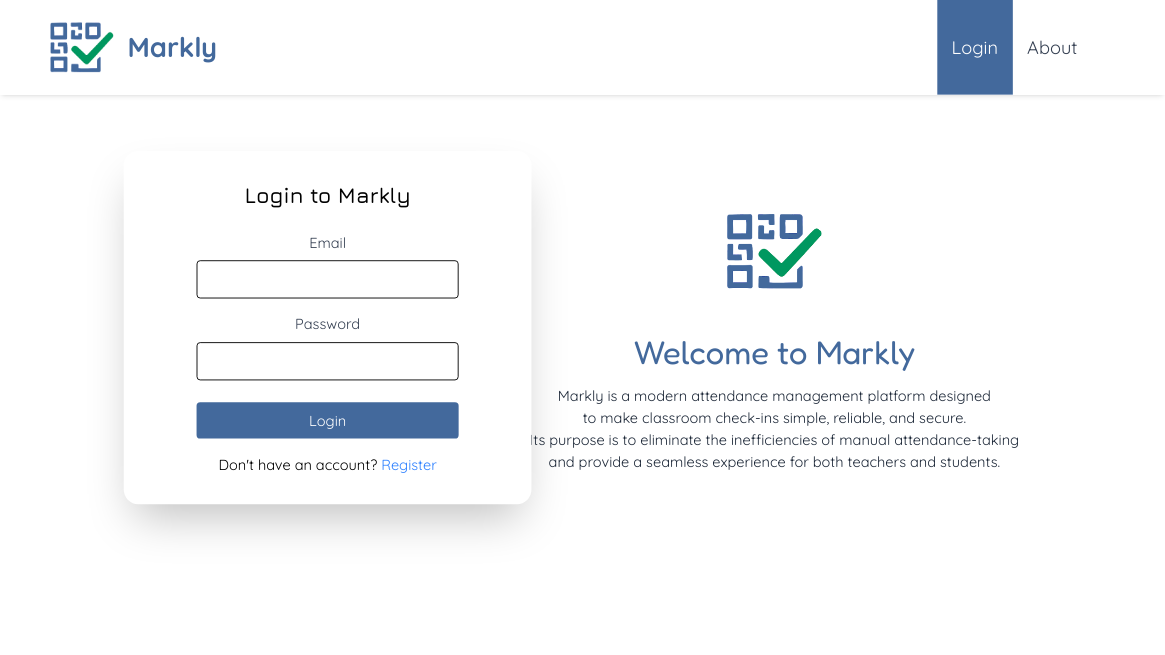
Repository: Mozukie/Markly
Page: /login
These files come from the project's save history. The page is drawn as it stood at one moment and after the next save; the edit follows.
The browser window is 1280 px wide. The pictures show the whole page, at 91% of full size.
Some web fonts or font styles are not loaded; a fallback is used. The project was rebuilt for these pictures with package versions that can differ from the ones it lists, and the page was loaded fresh each time. Also part of the build but not shown: vite.config.js, src/pages/NotFound.jsx, src/pages/Home.jsx, src/components/About.jsx, src/pages/Students/studentdashboard.jsx.

Above is the page before, as saved 2025-08-23 22:08:31.

After the next save:
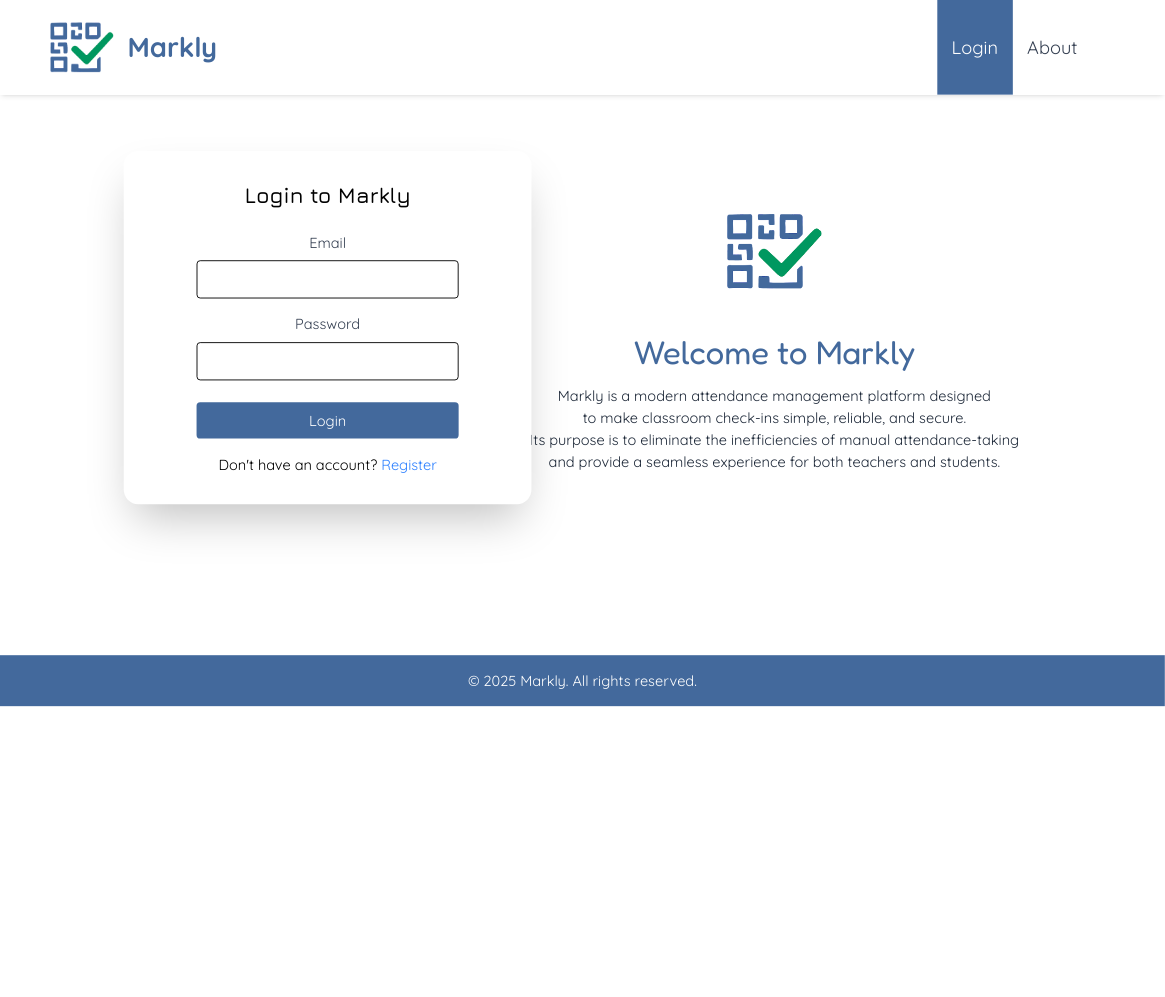
Saved 12 s later.
--- a/src/components/Footer.jsx
+++ b/src/components/Footer.jsx
@@ -5,7 +5,7 @@ import { NavLink } from "react-router-dom";
 export default function(){
     return(
         <>
-        <footer className="bg-[#43699c] text-white fixed p-4 text-center mb-80 z-100">
+        <footer className="bg-[#43699c] text-white p-4 text-center mb-80 z-100">
              &copy; 2025 Markly. All rights reserved.
         </footer>
         </>
